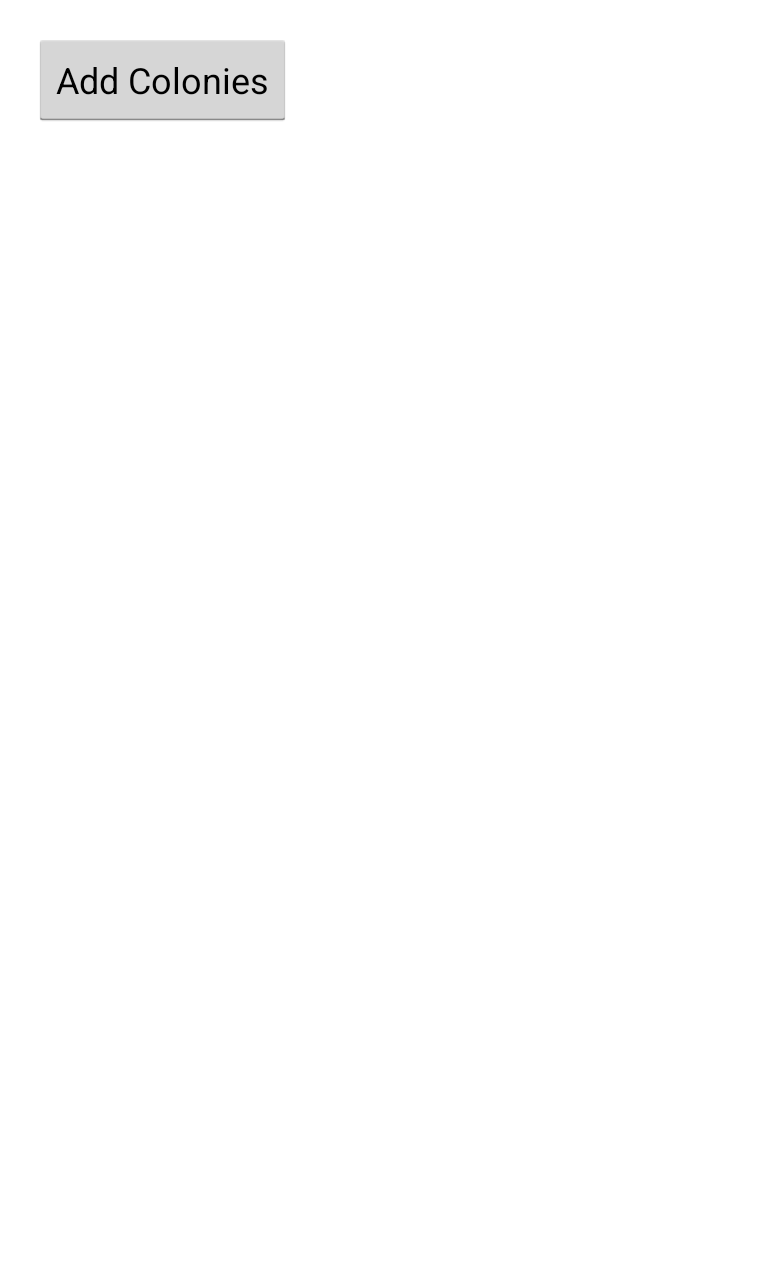
Repository: blender-head/android_basic
Layout: Hello_World/res/layout/activity_config_planet.xml
The author's editor kept a copy of each file at every save. The layout is drawn from the files as they stood at one save, then again after the next save.
It is drawn on a 768 x 1280 px phone screen (xhdpi) without system bars, with theme AppTheme; the app's code is not run.

Above is the layout before, as saved 2013-12-31 17:26:22.

### Hello_World/res/layout/activity_config_planet.xml
<RelativeLayout xmlns:android="http://schemas.android.com/apk/res/android"
    xmlns:tools="http://schemas.android.com/tools"
    android:layout_width="match_parent"
    android:layout_height="match_parent"
    android:paddingBottom="@dimen/activity_vertical_margin"
    android:paddingLeft="@dimen/activity_horizontal_margin"
    android:paddingRight="@dimen/activity_horizontal_margin"
    android:paddingTop="@dimen/activity_vertical_margin"
    tools:context=".ConfigPlanetActivity" >

    <Button
        android:id="@+id/coloniesButton"
		android:layout_width="wrap_content"
		android:layout_height="wrap_content"
		android:text="@string/button_name_colonies" />

</RelativeLayout>

### Hello_World/res/values/strings.xml
<?xml version="1.0" encoding="utf-8"?>
<resources>

    <string name="app_name">Hello_World</string>
    <string name="action_settings">Settings</string>
    <string name="hello_world">Hello world!</string>

    <!-- Labels -->
    <string name="planet_name_label">Planet Name: </string>
    <string name="planet_mass_label">Planet Mass: </string>
    <string name="planet_gravity_label">Planet Gravity: </string>
    <string name="planet_colonies_label">Planet Colonies: </string>
    <string name="planet_population_label">Planet Population: </string>
    <string name="planet_military_label">Planet Military: </string>
    <string name="planet_bases_label">Planet Bases: </string>
    <string name="planet_forcefield_label">Planet Forcefield: </string>

    <!-- Menus -->
    <string name="menu_add_planet">Add a New Planet</string>
    <string name="menu_config_planet">Configure Planet</string>
    <string name="menu_travel_planet">Travel to Planet</string>
    <string name="menu_attack_planet">Attack on Planet</string>
    <string name="menu_home_planet">Show Home Planet</string>
    <string name="title_activity_new_planet">NewPlanetActivity</string>

    <!-- Planet names -->
    <string name="content_desc_earth">Planet Earth</string>
    <string name="content_desc_mars">Planet Mars</string>
    <string name="content_desc_venus">Planet Venus</string>
    <string name="content_desc_jupiter">Planet Jupiter</string>
    <string name="content_desc_saturn">Planet Saturn</string>
    <string name="content_desc_neptune">Planet Neptune</string>
    <string name="title_activity_config_planet">ConfigPlanetActivity</string>

    <!-- Buttins -->
    <string name="button_name_colonies">Add Colonies</string>
	<string name="button_name_colonists">Add Colonists</string>
	<string name="button_name_bases">Add Bases</string>
	<string name="button_name_military">Add Military</string>
	<string name="button_name_ffon">Forcefield On</string>
	<string name="button_name_ffoff">Forcefield Off</string>

</resources>

Loaded but not shown: Hello_World/res/values/styles.xml (common file); Hello_World/res/values-v11/styles.xml (common file); Hello_World/res/values-v14/styles.xml (common file); Hello_World/res/values/dimens.xml (common file)

After the next save:
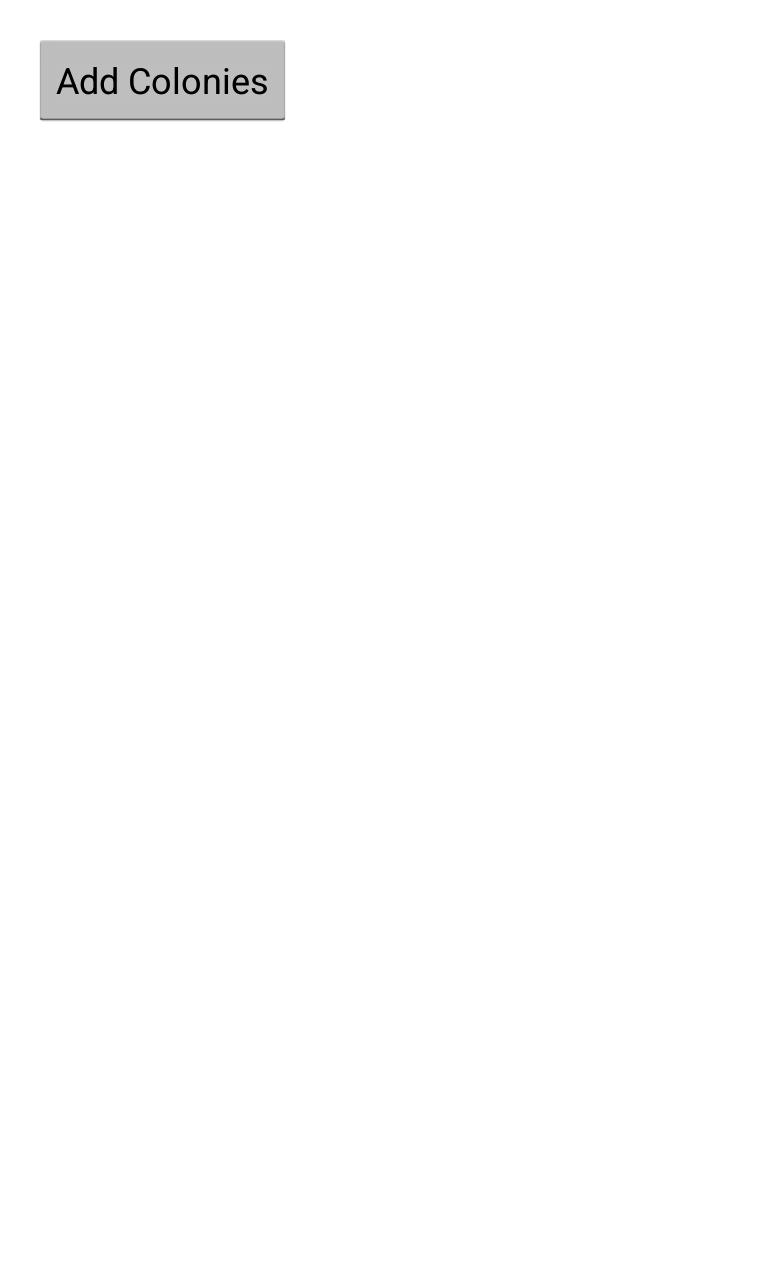
Saved 24 s later.
--- a/Hello_World/res/layout/activity_config_planet.xml
+++ b/Hello_World/res/layout/activity_config_planet.xml
@@ -14,4 +14,10 @@
 		android:layout_height="wrap_content"
 		android:text="@string/button_name_colonies" />
 
+    <Button
+        android:id="@+id/coloniesButton"
+		android:layout_width="wrap_content"
+		android:layout_height="wrap_content"
+		android:text="@string/button_name_colonies" />
+
 </RelativeLayout>
